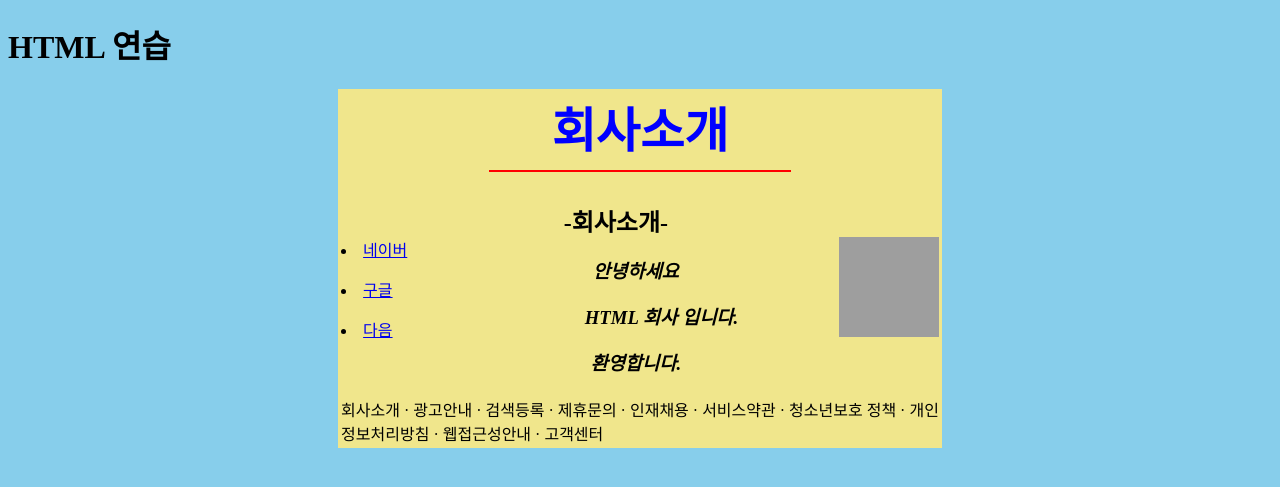
Repository: basstpgns/20201029html
Page: jsp/html/quiz02.html
These files come from the project's save history. The page is drawn as it stood at one moment and after the next save; the edit follows.
The browser window is 1280 px wide. The pictures show the whole page.
Pictures or frames that could not be fetched are drawn as grey boxes.

Above is the page before, as saved 2020-10-29 08:58:46.

After the next save:
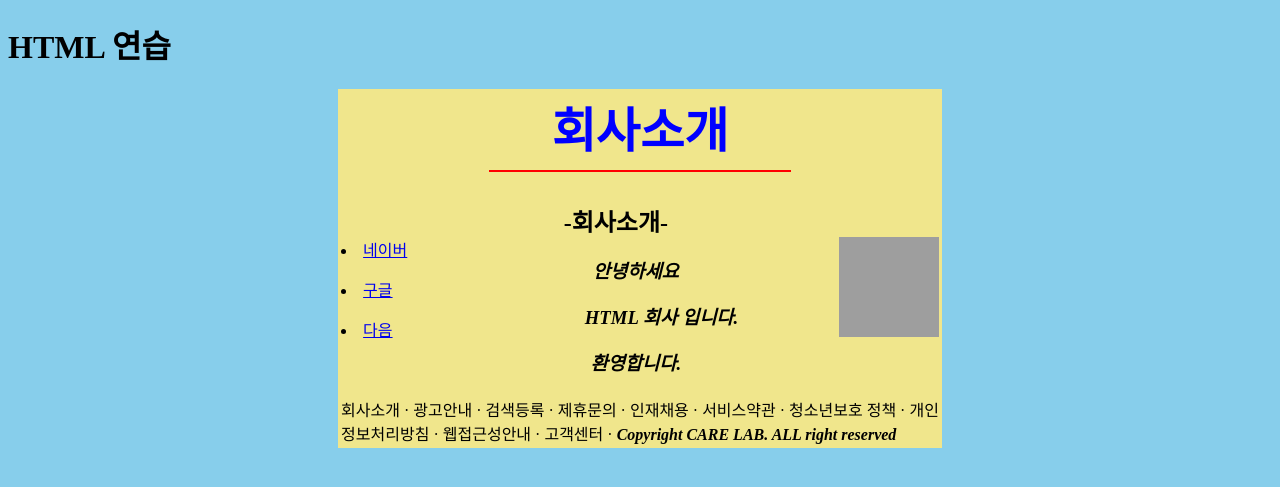
Saved 75 s later.
--- a/jsp/html/quiz02.html
+++ b/jsp/html/quiz02.html
@@ -48,7 +48,7 @@
 			</tr>
 			<tr>
 				<td colspan="3">회사소개 · 광고안내 · 검색등록 · 제휴문의 · 인재채용 · 서비스약관 · 청소년보호
-				정책 · 개인<br>정보처리방침 · 웹접근성안내 · 고객센터 </td>
+				정책 · 개인<br>정보처리방침 · 웹접근성안내 · 고객센터 · <b><i>Copyright CARE LAB. ALL right reserved</i></b></td>
 			</tr>
 		</tbody>
 	</table>
